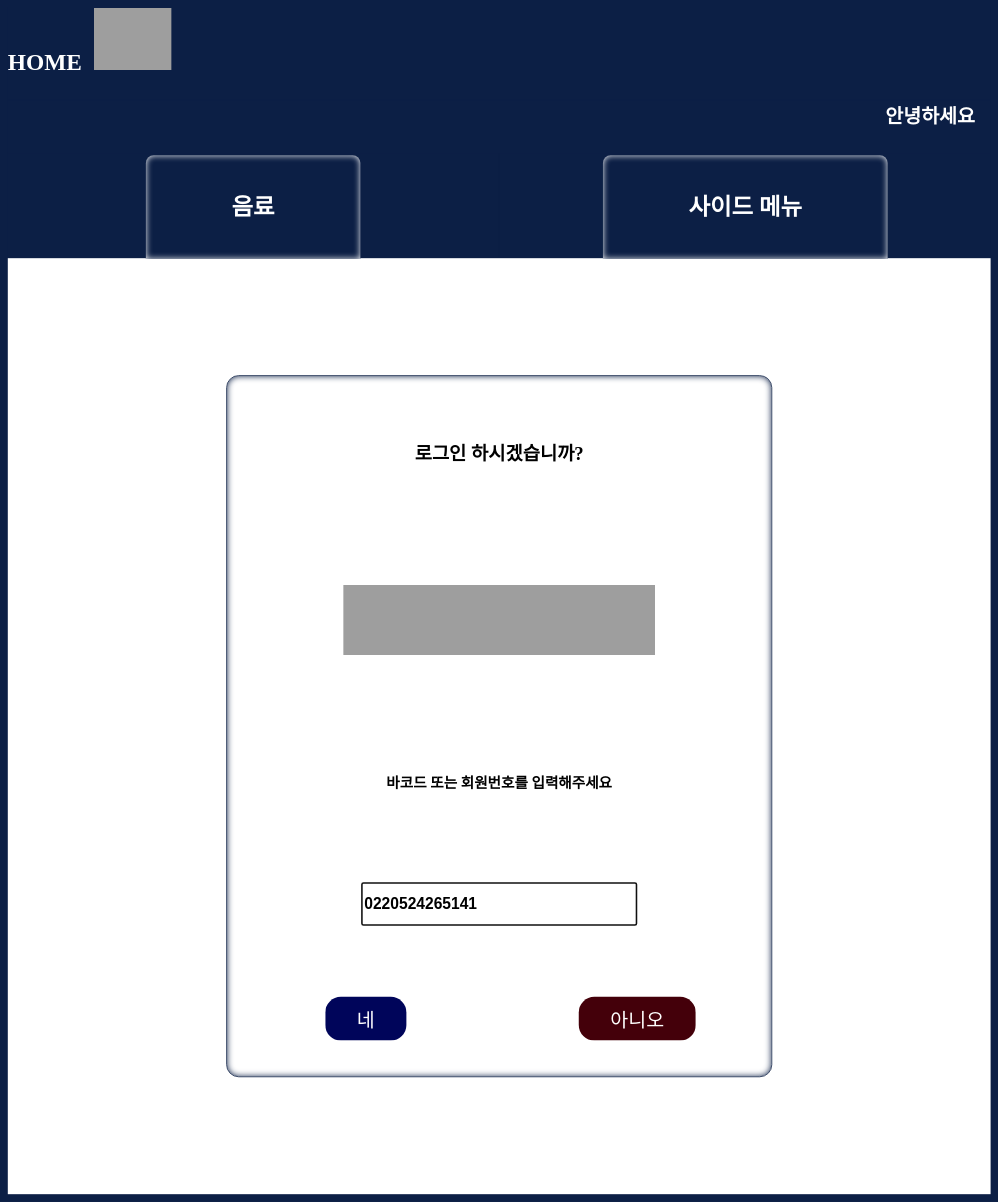
Repository: DevJoeYC/Metabukcs
Page: http://localhost/metabucks/KIOSK/login.jsp
These files come from the project's save history. The page is drawn as it stood at one moment and after the next save; the edit follows.
The browser window is 1280 px wide. The pictures show the whole page, at 78% of full size.
Pictures or frames that could not be fetched are drawn as grey boxes. The page is served by Tomcat 9.

Above is the page before, as saved 2022-05-27 05:42:03.

After the next save:
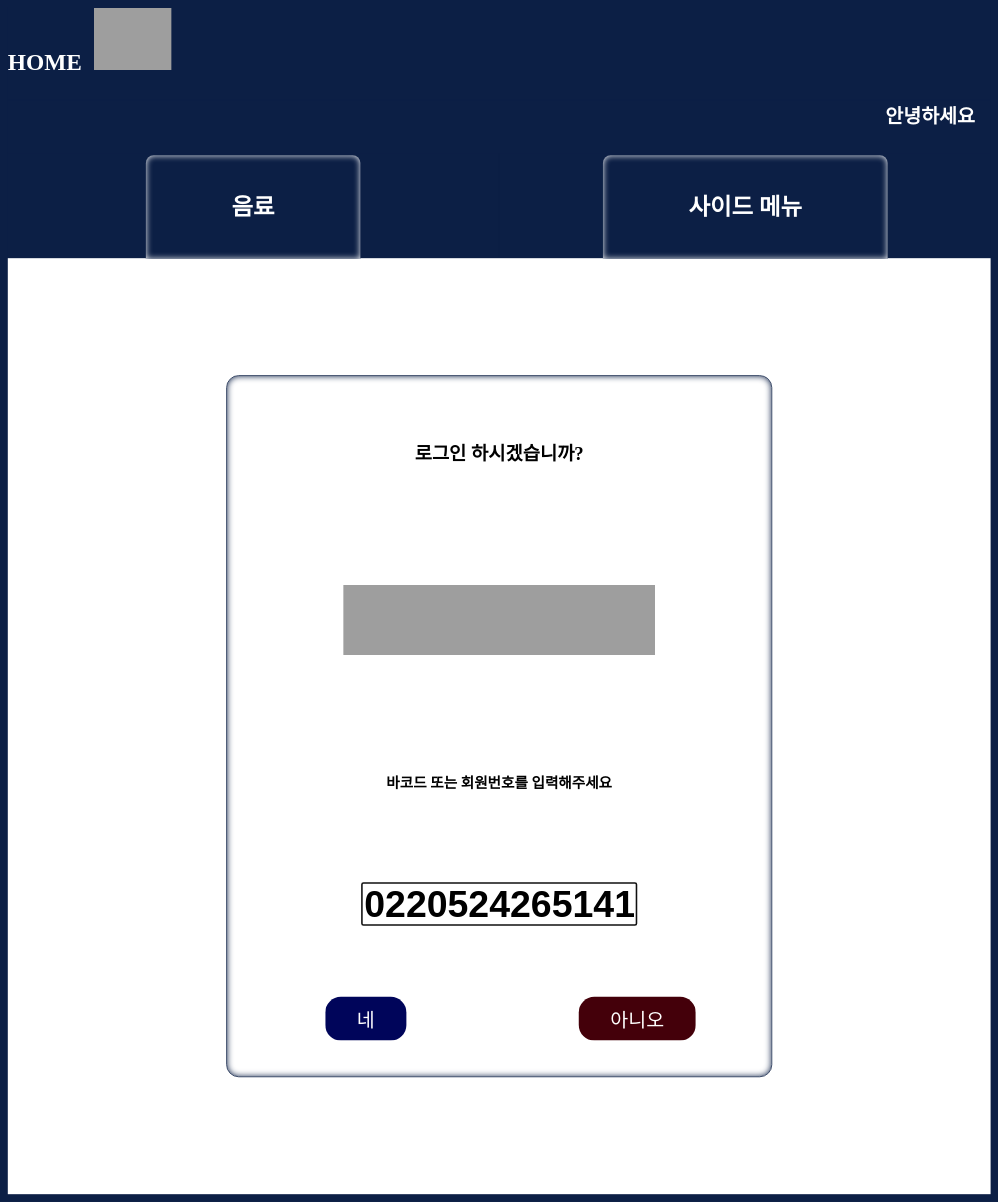
Saved 23 s later.
--- a/metabucks/WebContent/KIOSK/login.jsp
+++ b/metabucks/WebContent/KIOSK/login.jsp
@@ -59,7 +59,7 @@
 				<td colspan=2><input type="text"
 									 id="usernum"
 									 name="usernum"
-									 style="width:50%; height:50px;font-size:20px;font-weight:bold"
+									 style="width:50%; height:50px;font-size:3rem;font-weight:bold"
 									 value="0220524265141">
 				</td>
 			</tr>
